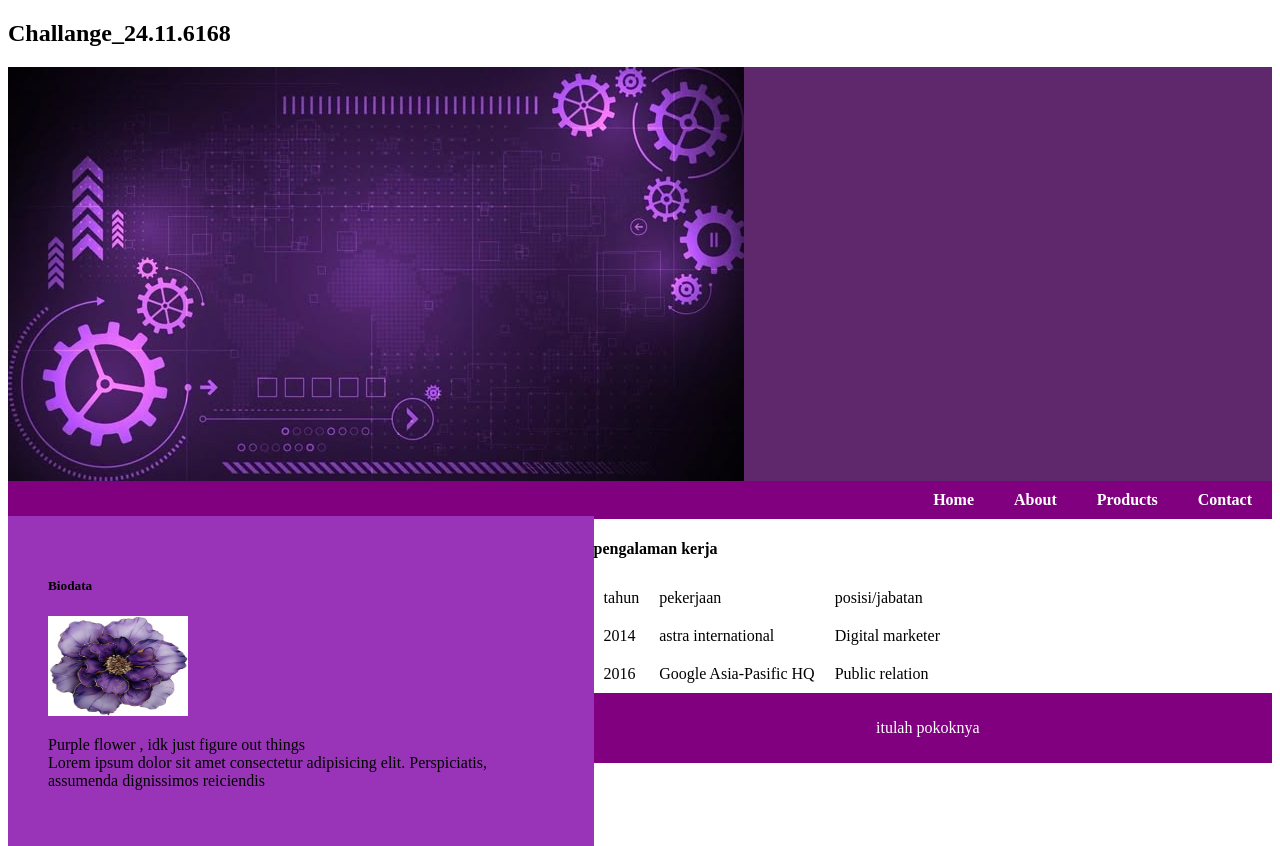
Repository: Ms-Ulfiyahrustam/p5_pemogramanweb
Page: index.html
An editor plug-in stored every save of this project. The page is shown before and after the next save, followed by the edit.
The browser window is 1280 px wide. The pictures show the whole page.

Above is the page before, as saved 2026-04-27 10:00:35.

After the next save:
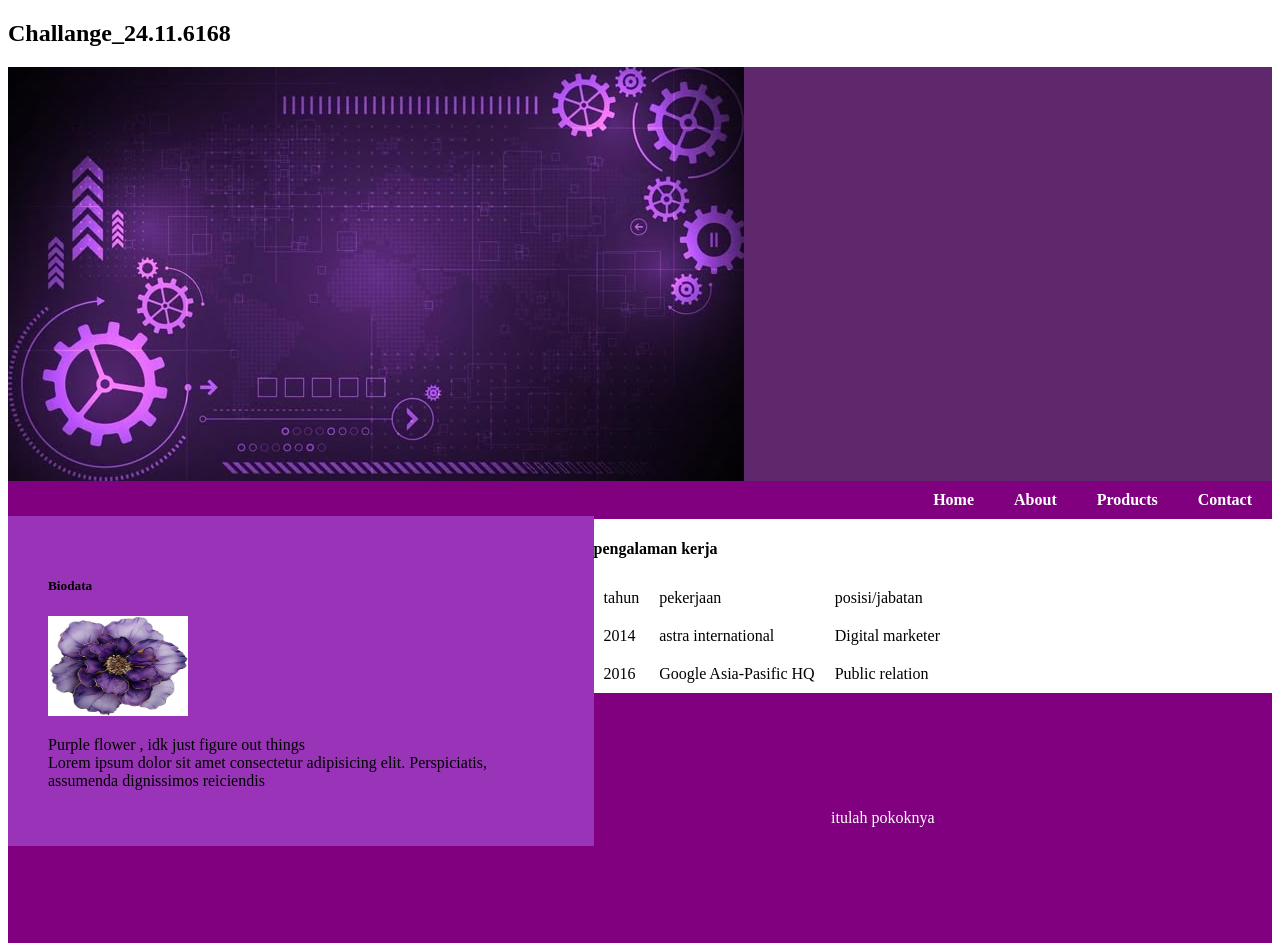
Saved 14 s later.
--- a/style.css
+++ b/style.css
@@ -64,7 +64,7 @@ leftside img{
 
 .footer {
     background-color :purple;
-    padding: 10px;
+    padding: 100px;
     text-align: center;
     color : white;
 }
